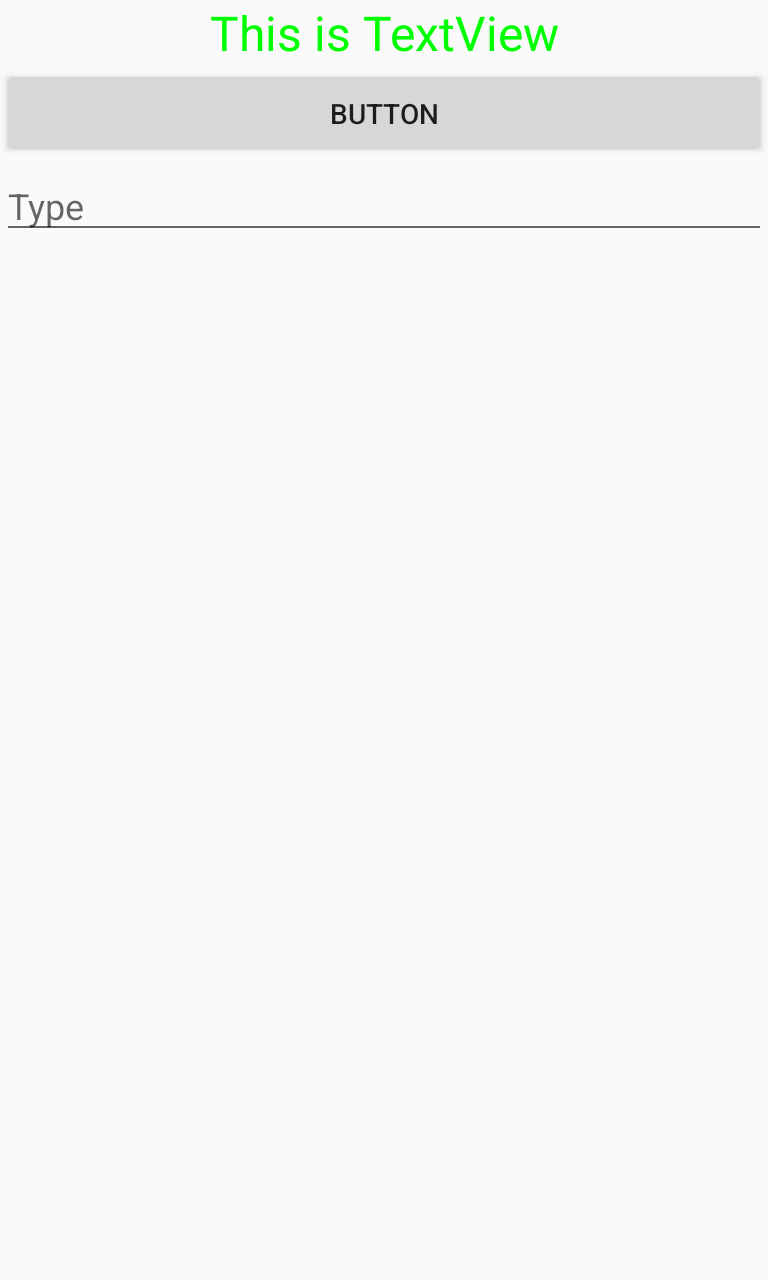
Repository: hohoTT/Android_summarize
Layout: UIWidgeTest/res/layout/activity_main.xml
These files come from the project's save history. The layout is drawn as it stood at one moment and after a run of saves; the edit follows.
It is drawn on a 768 x 1280 px phone screen (xhdpi) without system bars, with theme AppTheme; the app's code is not run.

Above is the layout before, as saved 2016-02-23 08:40:50.

### UIWidgeTest/res/layout/activity_main.xml
<LinearLayout xmlns:android="http://schemas.android.com/apk/res/android"
    android:layout_width="match_parent"
    android:layout_height="match_parent"
    android:orientation="vertical">

    <TextView
        android:id="@+id/text_view"
        android:layout_width="match_parent"
        android:layout_height="wrap_content"
        android:gravity="center"
        android:textSize="24sp"
        android:textColor="#00ff00"
        android:text="This is TextView" />

    <Button
        android:id="@+id/button"
        android:layout_width="match_parent"
        android:layout_height="wrap_content"
        android:text="Button" />

    <EditText
        android:id="@+id/edit_text"
        android:layout_width="match_parent"
        android:layout_height="wrap_content"
        android:hint="Type " />

</LinearLayout>

Loaded but not shown: UIWidgeTest/res/values/styles.xml (common file); UIWidgeTest/res/values-v11/styles.xml (common file); UIWidgeTest/res/values-v14/styles.xml (common file)

After the next 2 saves:
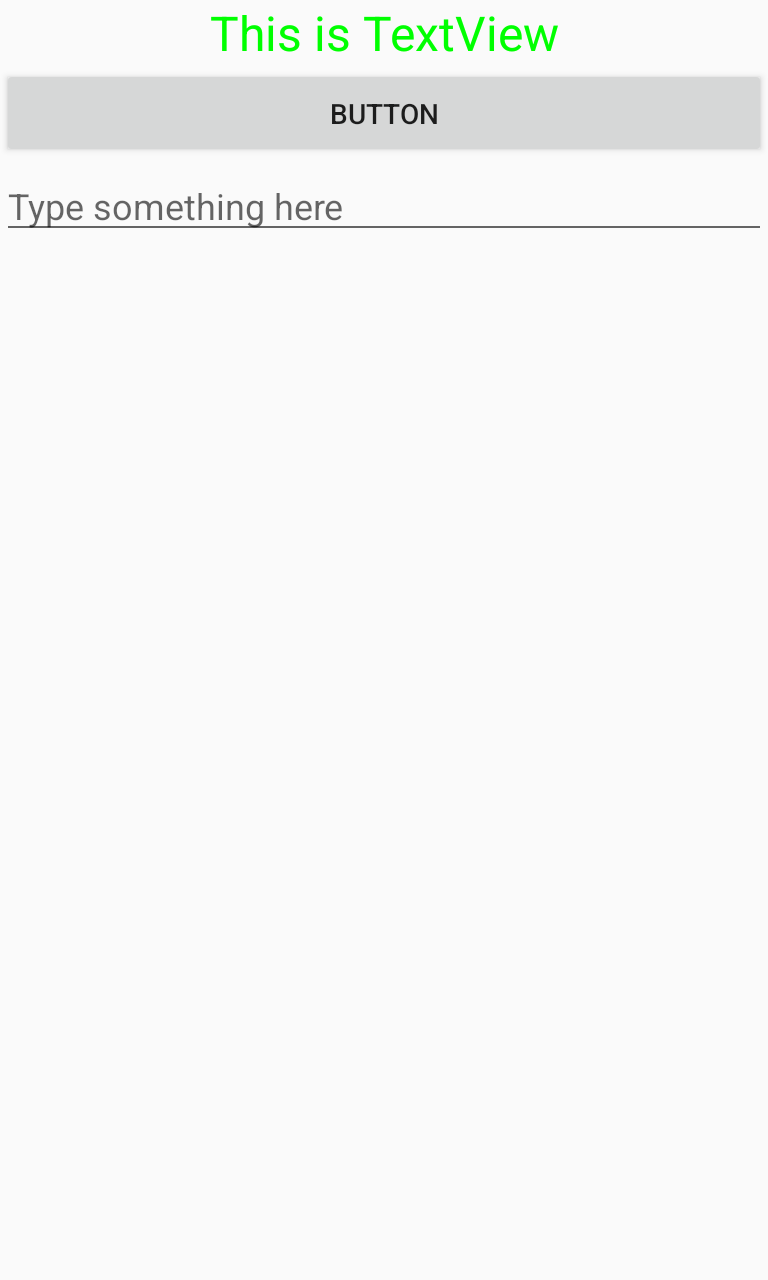
The 2 saves are shown as one change because they came seconds apart.
The last was saved 10 s later.
--- a/UIWidgeTest/res/layout/activity_main.xml
+++ b/UIWidgeTest/res/layout/activity_main.xml
@@ -22,6 +22,6 @@
         android:id="@+id/edit_text"
         android:layout_width="match_parent"
         android:layout_height="wrap_content"
-        android:hint="Type " />
+        android:hint="Type something here" />
 
 </LinearLayout>
